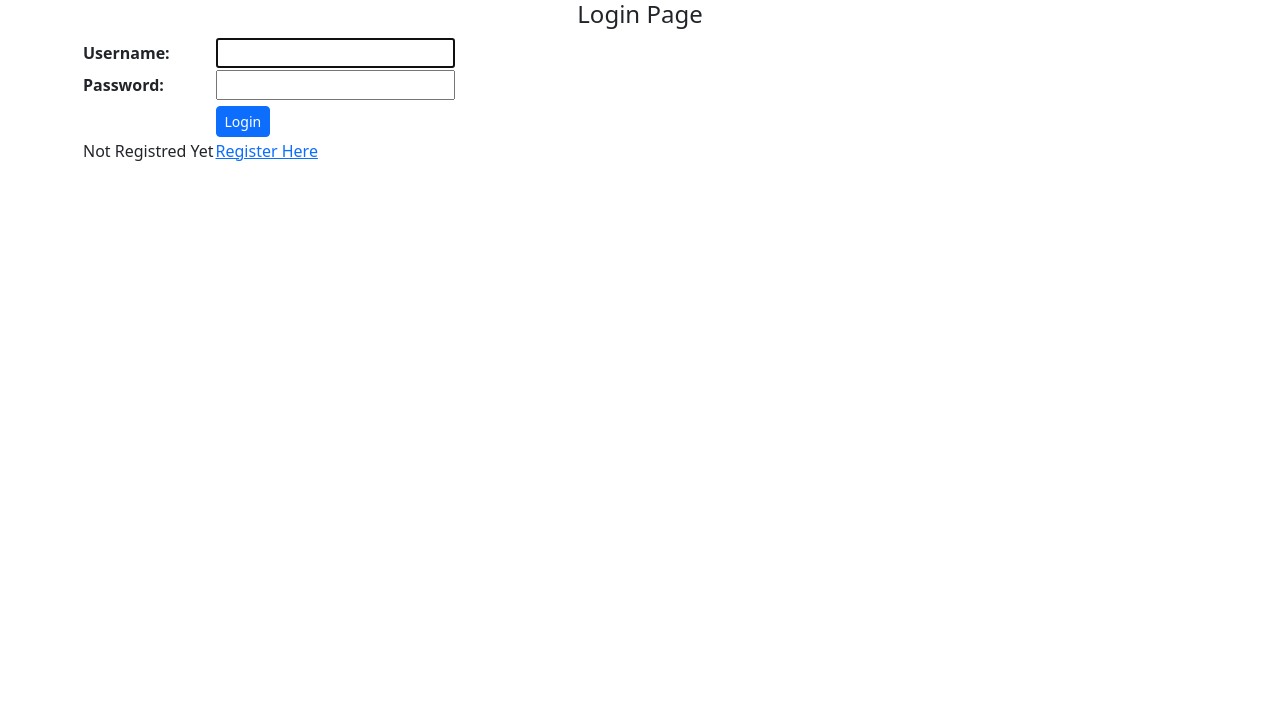
Repository: AbakashRonny/Institute-Management
Page: http://localhost/CodeDaisApp/login/
The author's editor kept a copy of each file at every save. The page is drawn from the files as they stood at one save, then again after a run of saves.
The browser window is 1280 px wide. The pictures show the whole page.
The page is served by the project's application, run on Django 5.2 (manage.py).

Above is the page before, as saved 2024-06-17 03:27:14.

After the next 2 saves:
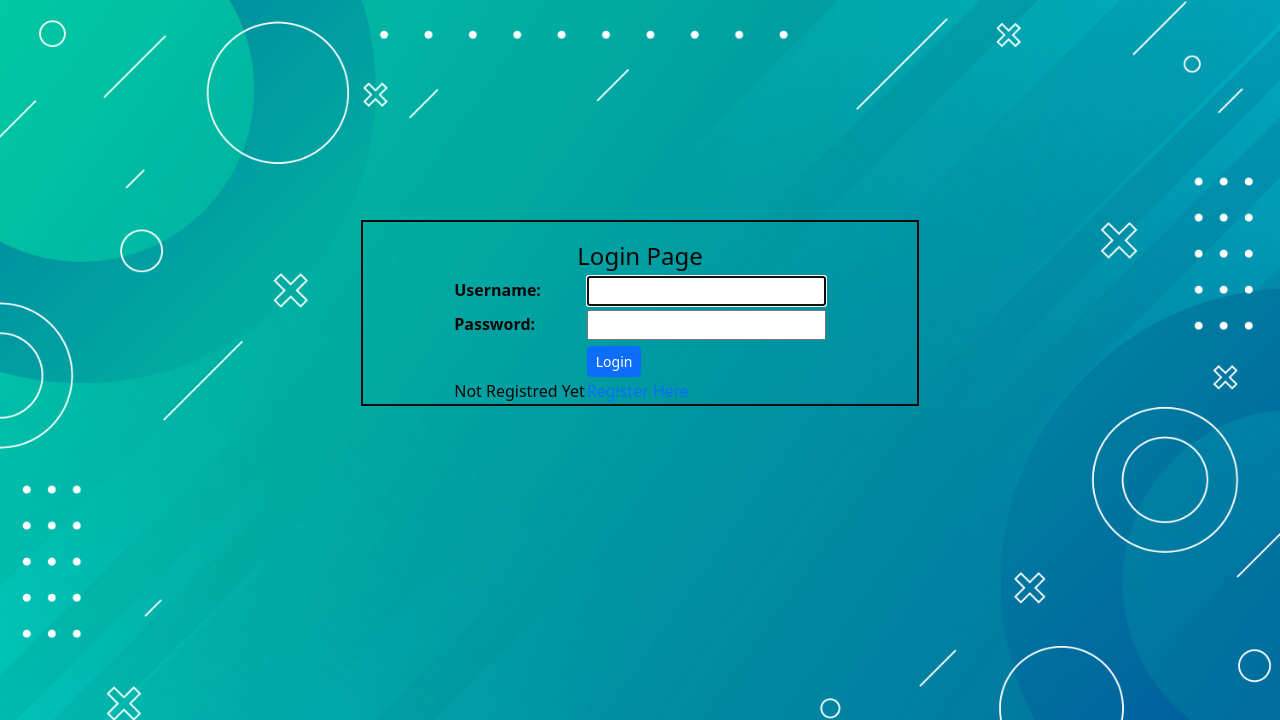
The 2 saves are shown as one change because 1 did not build or start.
The last was saved 71 s later.
--- a/templates/CodeDaisApp/login.html
+++ b/templates/CodeDaisApp/login.html
@@ -1,10 +1,46 @@
 <!doctype html>
+{% load static %}
 <html lang="en">
   <head>
     <meta charset="utf-8">
     <meta name="viewport" content="width=device-width, initial-scale=1">
     <title>Bootstrap demo</title>
     <link href="https://cdn.jsdelivr.net/npm/bootstrap@5.3.3/dist/css/bootstrap.min.css" rel="stylesheet" integrity="sha384-QWTKZyjpPEjISv5WaRU9OFeRpok6YctnYmDr5pNlyT2bRjXh0JMhjY6hW+ALEwIH" crossorigin="anonymous">
+    <style>
+            .container{
+      display: flex;
+      justify-content: center;
+      align-items: center;
+      padding-top: 220px;
+    }
+    .c {
+      margin: auto;
+      padding-top: 20px;
+      border: 2px solid rgb(12, 12, 12);
+      width: 50%;
+    }
+      body {
+      background-image: url("{% static 'image/8270301.jpg' %}");
+      background-size: cover;
+      background-repeat: no-repeat;
+      color: rgb(8, 8, 8);
+    }
+    table {
+      margin: auto;
+    }
+    button{
+      border: 0px;
+    }
+    a,input{
+      align-self: flex-end;
+      text-decoration: none;
+      text-decoration-color: black;
+      margin-top: 2px;
+    }
+    center,h4,hr{
+      margin-bottom: 2px;
+    }
+    </style>
   </head>
   <body>
     <div class="container">
